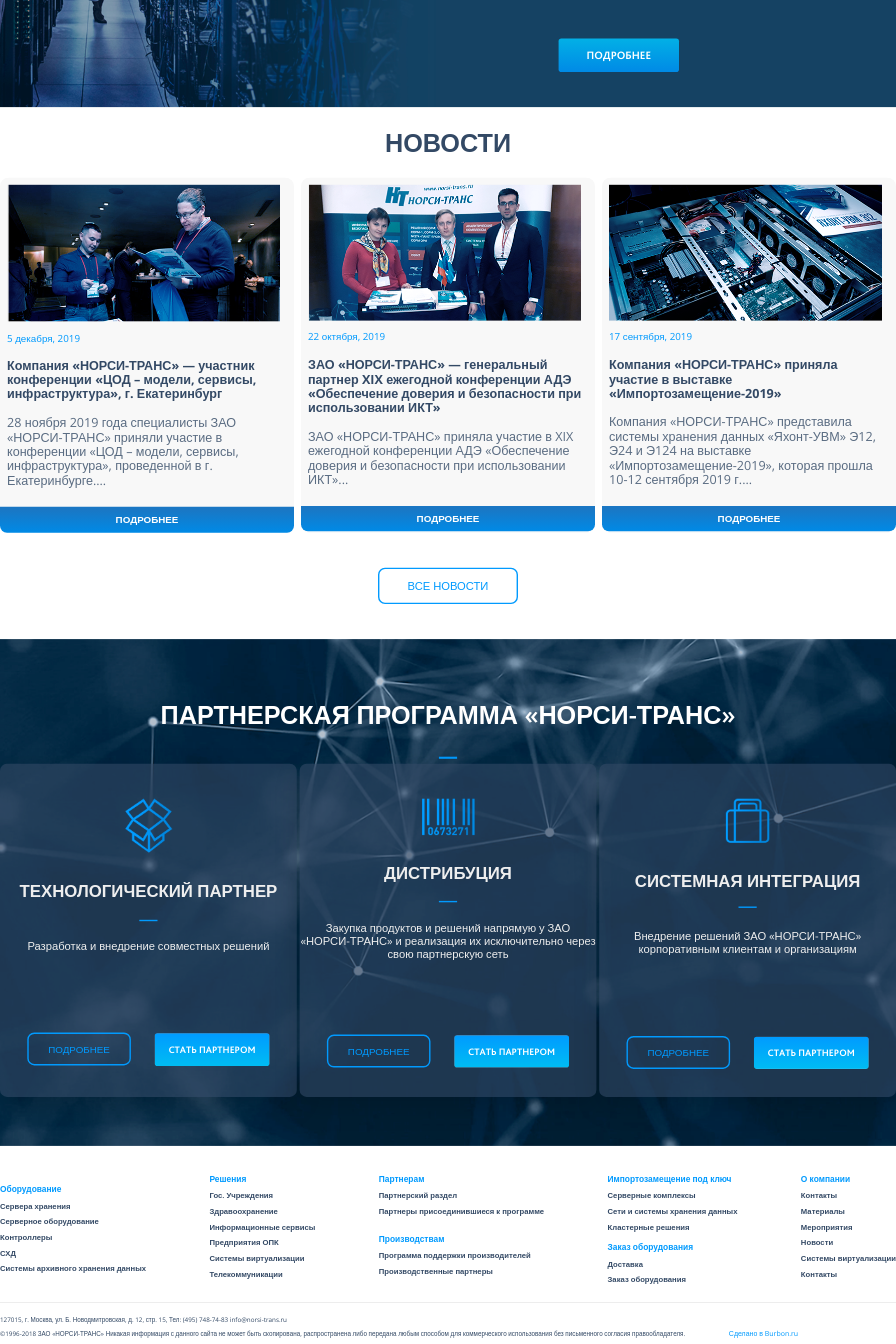
Repository: frostnn/testTaskBurbon
Page: app/index.html
The author's editor kept a copy of each file at every save. The page is drawn from the files as they stood at one save, then again after the next save.
The browser window is 1280 px wide. The pictures show the part of the page from y = 1430 to 3350 px (the page is 3350 px tall), at 70% of full size.
The style sheet was rebuilt from its Sass, Less or Tailwind sources for each picture, by a compiler version that may differ from the author's.

Above is the page before, as saved 2020-07-16 09:58:37.

### app/index.html
<!DOCTYPE html>
<html lang="en">
<head>
  <meta charset="UTF-8">
  <meta name="viewport" content="width=device-width, initial-scale=1.0">
  <meta http-equiv="X-UA-Compatible" content="ie=edge">
  <link rel="stylesheet" href="css/style.min.css">
  <title>Test task</title>
</head>
<body>
  <div class="bg-test">
    <header class="header">
        <div class="header-logo">
          <img src="./img/NT_logo_color.png" alt="Логотип" class="header-logo__img">
        </div>
        <nav class="header-nav">
          <ul class="header-nav__list">
            <li class="header-nav__list-item">
              <a href="#" class="header-nav__list-link">оборудование</a>
            </li>
            <li class="header-nav__list-item">
              <a href="#" class="header-nav__list-link">решения</a>
            </li>
            <li class="header-nav__list-item">
              <a href="#" class="header-nav__list-link">партнерам</a>
            </li>
            <li class="header-nav__list-item">
              <a href="#" class="header-nav__list-link">производствам</a>
            </li>
            <li class="header-nav__list-item">
              <a href="#" class="header-nav__list-link">импортозамещение под ключ</a>
            </li>
            <li class="header-nav__list-item">
              <a href="#" class="header-nav__list-link">заказ оборудования</a>
            </li>
            <li class="header-nav__list-item">
              <a href="#" class="header-nav__list-link">о компании</a>
            </li>
          </ul>
        </nav>
        <div class="header-search">
          <img src="./img/search.png" alt="Поиск" class="header-search__img">
        </div>
    </header>
    <section class="slider">
      <div class="slider-block">
        <div class="slider-block__content">
          <h1 class="slider-block__content-title">Яхонт-увм э24</h1>
          <p class="slider-block__content-text">
            программно-аппаратный комплекс высокопроизводительной загрузки <br>
            и накопления массивов CDR/IPDR данных, выполнения задач<br>
            по их обработке
          </p>
          <a href="#" class="slider-block__content-link btn">Подробнее</a>
        </div>
        <div class="slider-block__content">
          <h1 class="slider-block__content-title">Яхонт-увм э24</h1>
          <p class="slider-block__content-text">
            программно-аппаратный комплекс высокопроизводительной загрузки <br>
            и накопления массивов CDR/IPDR данных, выполнения задач<br>
            по их обработке
          </p>
        <!--  <img src="./img/VPS.png" alt="" class="slider-block__content-img"> -->
          <a href="#" class="slider-block__content-link btn">Подробнее</a>
        </div>
        <div class="slider-block__content">
          <h1 class="slider-block__content-title">Яхонт-увм э24</h1>
          <p class="slider-block__content-text">
            программно-аппаратный комплекс высокопроизводительной загрузки <br>
            и накопления массивов CDR/IPDR данных, выполнения задач<br>
            по их обработке
          </p>
          <a href="#" class="slider-block__content-link btn">Подробнее</a>
        </div>
      </div>
    </section>
  </div>
  <section class="industries">
    <h2 class="industries-title">Наши отрасли</h2>
    <div class="industries-block">
      <div class="industries-block__content">
        <img src="./img/healths.png" alt="healths" class="industries-block__content-img">
        <h3 class="industries-block__content-title">Здравоохранение</h3>
        <p class="industries-block__content-text">
          Системы хранения данных. Интеграция
          в действующую ИКТ-структуру. Программно-аппаратный комплекс «Яхонт-ЭМК»,
          предназначенный для хранения и ведения медицинских интегрированных архивов
        </p>
        <a href="" class="industries-block__content-link">Подробнее</a>
      </div>
      <div class="industries-block__content">
        <img src="./img/gov.png" alt="government" class="industries-block__content-img">
        <h3 class="industries-block__content-title">Здравоохранение</h3>
        <p class="industries-block__content-text">
          Системы хранения данных. Интеграция
          в действующую ИКТ-структуру. Программно-аппаратный комплекс «Яхонт-ЭМК»,
          предназначенный для хранения и ведения медицинских интегрированных архивов
        </p>
        <a href="" class="industries-block__content-link">Подробнее</a>
      </div>
      <div class="industries-block__content">
        <img src="./img/telecom.png" alt="telecom" class="industries-block__content-img">
        <h3 class="industries-block__content-title">Здравоохранение</h3>
        <p class="industries-block__content-text">
          Системы хранения данных. Интеграция
          в действующую ИКТ-структуру. Программно-аппаратный комплекс «Яхонт-ЭМК»,
          предназначенный для хранения и ведения медицинских интегрированных архивов
        </p>
        <a href="" class="industries-block__content-link">Подробнее</a>
      </div>
      <div class="industries-block__content">
        <img src="./img/opk.png" alt="opk" class="industries-block__content-img">
        <h3 class="industries-block__content-title">Здравоохранение</h3>
        <p class="industries-block__content-text">
          Системы хранения данных. Интеграция
          в действующую ИКТ-структуру. Программно-аппаратный комплекс «Яхонт-ЭМК»,
          предназначенный для хранения и ведения медицинских интегрированных архивов
        </p>
        <a href="#" class="industries-block__content-link">Подробнее</a>
      </div>
    </div>
  </section>
  <main class="production">
    <div class="production-wrapper">
      <div class="production-block">
        <h2 class="production-block__title">Производственный комплекс</h2>
        <p class="production-block__text">
          Компания «НОРСИ-ТРАНС» осуществляет свою деятельность в соответствии с Уставом <br>
          и имеет все необходимые лицензии для разработки, производства и реализации технических средств.<br>
          Система менеджмента качества применительно к полному комплексу<br>
          строительно-монтажных услуг на объектах связи и оказанию <br>
          телекоммуникационных услуг компании «НОРСИ-ТРАНС» соответствует <br>
          требованиям ГОСТ Р ИСО 9001-2015 (ИСО 9000:2015) и является максимально клиентоориентированной
        </p>
        <a href="#" class="production-block__link btn">подробнее</a>
      </div>
    </div>
  </main>
  <section class="news">
    <h2 class="news-title">Новости</h2>
      <div class="news-block">
        <div class="news-block__content">
          <img src="./img/news_1.png" alt="news_img" class="news-block__content-img">
          <span class="news-block__content-date">5 декабря, 2019</span>
          <h4 class="news-block__content-title">
            Компания «НОРСИ-ТРАНС» — участник конференции «ЦОД – модели,
            сервисы, инфраструктура», г. Екатеринбург
          </h4>
          <p class="news-block__content-text">
            28 ноября 2019 года специалисты ЗАО «НОРСИ-ТРАНС»
            приняли участие в конференции «ЦОД – модели, сервисы,
            инфраструктура», проведенной в г. Екатеринбурге.…
          </p>
          <a href="#" class="news-block__content-link">Подробнее</a>
        </div>
          <div class="news-block__content">
            <img src="./img/news_2.png" alt="news_img" class="news-block__content-img">
            <span class="news-block__content-date">22 октября, 2019</span>
            <h4 class="news-block__content-title">
              ЗАО «НОРСИ-ТРАНС» — генеральный партнер XIX
              ежегодной конференции АДЭ «Обеспечение доверия
              и безопасности при использовании ИКТ»
            </h4>
            <p class="news-block__content-text">
              ЗАО «НОРСИ-ТРАНС» приняла участие в XIX ежегодной конференции
              АДЭ «Обеспечение доверия и безопасности при использовании ИКТ»...
            </p>
            <a href="#" class="news-block__content-link">Подробнее</a>
          </div>
          <div class="news-block__content">
            <img src="./img/news_3.png" alt="news_img" class="news-block__content-img">
            <span class="news-block__content-date">17 сентября, 2019</span>
            <h4 class="news-block__content-title">
              Компания «НОРСИ-ТРАНС» приняла участие
              в выставке «Импортозамещение-2019»
            </h4>
            <p class="news-block__content-text">
              Компания «НОРСИ-ТРАНС» представила системы хранения данных
              «Яхонт-УВМ» Э12, Э24 и Э124 на выставке «Импортозамещение-2019»,
              которая прошла 10-12 сентября 2019 г.…
            </p>
            <a href="#" class="news-block__content-link">Подробнее</a>
          </div>
      </div>
      <div class="btn-wrapper">
        <button class="news-btn">Все новости</button>
      </div>
  </section>
  <section class="program">
    <div class="program-wrapper">
      <h2 class="program-title">Партнерская программа «НОРСИ-ТРАНС» </h2>
      <div class="program-block__wrapper">
        <div class="program-block">
          <img src="./img/box.png" alt="box" class="program-block__img">
          <h5 class="program-block__title">Технологический партнер</h5>
          <p class="program-block__text">Разработка и внедрение совместных решений </p>
          <div class="program-block__btn">
            <a href="#" class="program-block__btn-link">подробнее</a>
            <button class="program-block__btn-btn btn">стать партнером</button>
          </div>
        </div>
        <div class="program-block">
          <img src="./img/code.png" alt="box" class="program-block__img">
          <h5 class="program-block__title">Дистрибуция</h5>
          <p class="program-block__text">
            Закупка продуктов и решений напрямую у ЗАО «НОРСИ-ТРАНС»
            и реализация их исключительно через свою партнерскую сеть
          </p>
          <div class="program-block__btn">
            <a href="#" class="program-block__btn-link">подробнее</a>
            <button class="program-block__btn-btn btn">стать партнером</button>
          </div>
        </div>
        <div class="program-block">
          <img src="./img/case.png" alt="box" class="program-block__img">
          <h5 class="program-block__title">Системная интеграция</h5>
          <p class="program-block__text">
            Внедрение решений ЗАО «НОРСИ-ТРАНС»
            корпоративным клиентам и организациям
          </p>
          <div class="program-block__btn">
            <a href="#" class="program-block__btn-link">подробнее</a>
            <button class="program-block__btn-btn btn">стать партнером</button>
          </div>
        </div>
      </div>
    </div>
  </section>
  <footer class="footer">
    <div class="footer-nav">
      <div class="equipment-block">
        <ul class="equipment-block__list">
          <li class="equipment-block__list-title">Оборудование</li>
          <li class="equipment-block__list-item"> <a href="#" class="equipment-block__item-link"> Сервера хранения</a></li>
          <li class="equipment-block__list-item"> <a href="#" class="equipment-block__item-link">Серверное оборудование</a></li>
          <li class="equipment-block__list-item"> <a href="#" class="equipment-block__item-link"> Контроллеры</a></li>
          <li class="equipment-block__list-item"> <a href="#" class="equipment-block__item-link">СХД</a></li>
          <li class="equipment-block__list-item"> <a href="#" class="equipment-block__item-link">Системы архивного хранения данных</a></li>
        </ul>
      </div>
      <div class="decisions-block">
        <ul class="decisions-block__list">
          <li class="decisions-block__list-title">Решения</li>
          <li class="decisions-block__list-item"> <a href="#" class="decisions-block__item-link"> Гос. Учреждения</a></li>
          <li class="decisions-block__list-item"> <a href="#" class="decisions-block__item-link">Здравоохранение</a></li>
          <li class="decisions-block__list-item"> <a href="#" class="decisions-block__item-link">Информационные сервисы</a></li>
          <li class="decisions-block__list-item"> <a href="#" class="decisions-block__item-link">Предприятия ОПК</a></li>
          <li class="decisions-block__list-item"> <a href="#" class="decisions-block__item-link">Системы виртуализации</a></li>
          <li class="decisions-block__list-item"> <a href="#" class="decisions-block__item-link">Телекоммуникации</a></li>
        </ul>
      </div>
      <div class="partners-block">
        <ul class="partners-block__list">
          <li class="partners-block__list-title">Партнерам</li>
          <li class="partners-block__list-item"> <a href="#" class="partners-block__item-link">Партнерский раздел</a></li>
          <li class="partners-block__list-item"> <a href="#" class="partners-block__item-link">Партнеры присоединившиеся к программе</a></li>
        </ul>
        <ul class="productions-block__list">
          <li class="productions-block__list-title">Производствам</li>
          <li class="productions-block__list-item"> <a href="#" class="productions-block__item-link">Программа поддержки производителей</a></li>
          <li class="productions-block__list-item"> <a href="#" class="productions-block__item-link">Производственные партнеры</a></li>
        </ul>
      </div>
      <div class="import-block">
        <ul class="import-block__list">
          <li class="import-block__list-title">Импортозамещение под ключ</li>
          <li class="import-block__list-item"> <a href="#" class="import-block__item-link"> Серверные комплексы</a></li>
          <li class="import-block__list-item"> <a href="#" class="import-block__item-link">Сети и системы хранения данных</a></li>
          <li class="import-block__list-item"> <a href="#" class="import-block__item-link">Кластерные решения</a></li>
        </ul>
        <ul class="equipment-block__list">
          <li class="equipment-block__list-title">Заказ оборудования</li>
          <li class="equipment-block__list-item"> <a href="#" class="equipment-block__item-link">Доставка</a></li>
          <li class="equipment-block__list-item"> <a href="#" class="equipment-block__item-link">Заказ оборудования</a></li>
        </ul>
      </div>
      <div class="nav-block">
        <ul class="nav-block__list">
          <li class="nav-block__list-title" >О компании</li>
          <li class="nav-block__list-item" > <a href="#" class="nav-block__item-link">Контакты</a></li>
          <li class="nav-block__list-item" > <a href="#" class="nav-block__item-link">Материалы</a></li>
          <li class="nav-block__list-item" > <a href="#" class="nav-block__item-link">Мероприятия</a></li>
          <li class="nav-block__list-item" > <a href="#" class="nav-block__item-link">Новости</a></li>
          <li class="nav-block__list-item" > <a href="#" class="nav-block__item-link">Системы виртуализации</a></li>
          <li class="nav-block__list-item" > <a href="#" class="nav-block__item-link">Контакты</a></li>
        </ul>
      </div>
    </div>
    <div class="subfooter">
      <p class="subfooter-contacts">
        127015, г. Москва, ул. Б. Новодмитровская,
        д. 12, стр. 15, Тел: <a href="tel:(495) 748-74-83" class="subfooter-contacts__link">(495) 748-74-83</a> <a href="mailto:info@norsi-trans.ru" class="subfooter-contacts__link">info@norsi-trans.ru</a>
      </p>
      <p class="subfooter-info">
        ©1996-2018 ЗАО «НОРСИ-ТРАНС» Никакая информация с данного сайта не может быть скопирована,
        распространена либо передана любым способом для коммерческого использования без письменного согласия правообладателя.
        <a href="https://burbon.ru/" class="subfooter-link">Сделано в Burbon.ru</a>
      </p>

    </div>
  </footer>
  <script src="https://ajax.googleapis.com/ajax/libs/jquery/3.4.1/jquery.min.js"></script>
  <script src="js/libs.min.js"></script>
  <script src="js/main.js"></script>
</body>
</html>

### app/scss/_vars.scss
$white: #fff;
$blue: #019afe;

### app/scss/_fonts.scss
@import url('https://fonts.googleapis.com/css2?family=Open+Sans:wght@300;400;600;700;800&display=swap');
@font-face {
  font-family: 'Bliss Pro Bold';
  src: url('../fonts/BlissPro-Bold.eot');
  src: url('../fonts/BlissPro-Bold.eot?#iefix') format('embedded-opentype'),
  url('../fonts/BlissPro-Bold.woff') format('woff'),
  url('../fonts/BlissPro-Bold.ttf') format('truetype');
  font-weight: normal;
  font-style: normal;
  }

### app/scss/_global.scss
html {
  box-sizing: border-box;
}
body {
  font-family: 'Open Sans', sans-serif;
}
*,
*::before,
*::after {

  box-sizing: inherit;
}
a {
  display: inline;
  text-decoration: none;
  color: #fff;
}
ul,
li {
  list-style: none;
  margin: 0;
  padding: 0;
}

### app/scss/_media.scss
@media (max-width: 1452px) {
  .footer,
  .news,
  .industries,
  .production-wrapper,
  .program-wrapper,
  .header,
  .slider {
    max-width: 1350px;
  }
  .header-nav__list {
    .header-nav__list-item {
      margin-right: 30px;
    }
    .header-nav__list-link {
      font-size: 12px;
    }
  }
  .slider-block__content-title {
    font-size: 42px;
  }
  .slider-block__content-text {
    font-size: 18px;
  }
  .industries-block__content {
    max-width: 320px;
    .industries-block__content-title {
      font-size: 16px;
    }
    .industries-block__content-text {
      font-size: 14px;
    }
    .industries-block__content-img {
      max-width: 320px;
    }
  }
  .production {
    background-position: center;
  }
  .news-block__content {
    max-width: 430px;
    .news-block__content-img {
      max-width: 420px;
    }
    .news-block__content-title {
      font-size: 18px;

    }
    .news-block__content-date {
      font-size: 14px;

    }
    .news-block__content-text {
      font-size: 18px;
    }
  }
  .program-block {
    width: 424px;
  }
  .program-block .program-block__btn-btn {
    padding: 15px 20px;
  }
  .program-block .program-block__btn-link {
    padding: 12px 28px;
  }
  .footer-nav {
    .equipment-block__list-title,
    .decisions-block__list-title,
    .partners-block__list-title,
    .productions-block__list-title,
    .import-block__list-title,
    .equipment-block__list-title,
    .nav-block__list-title {
      font-size: 12px;
    }
    a {
      font-size: 11px;
    }
  }
  .subfooter {
    .subfooter-contacts {
      font-size: 9px;
    }
    .subfooter-info{
      font-size: 9px;
    }
    .subfooter-link {
      font-size: 10px;
      margin-left: 60px;
    }
  }
}
@media (max-width: 1360px) {
  .footer,
  .news,
  .industries,
  .production-wrapper,
  .program-wrapper,
  .header,
  .slider {
    max-width: 1280px;
  }
  .industries-block__content {
    max-width: 300px;
    .industries-block__content-img {
      max-width: 300px;
    }
  }
  .news-block__content {
    max-width: 420px;
    .news-block__content-img {
      max-width: 410px;
    }
  }
}

Loaded but not shown: app/js/libs.min.js (library); app/js/main.js (5 lines, source omitted); app/scss/style.scss (456 lines, source omitted); app/scss/_libs.scss (469 lines, source omitted)

After the next save:
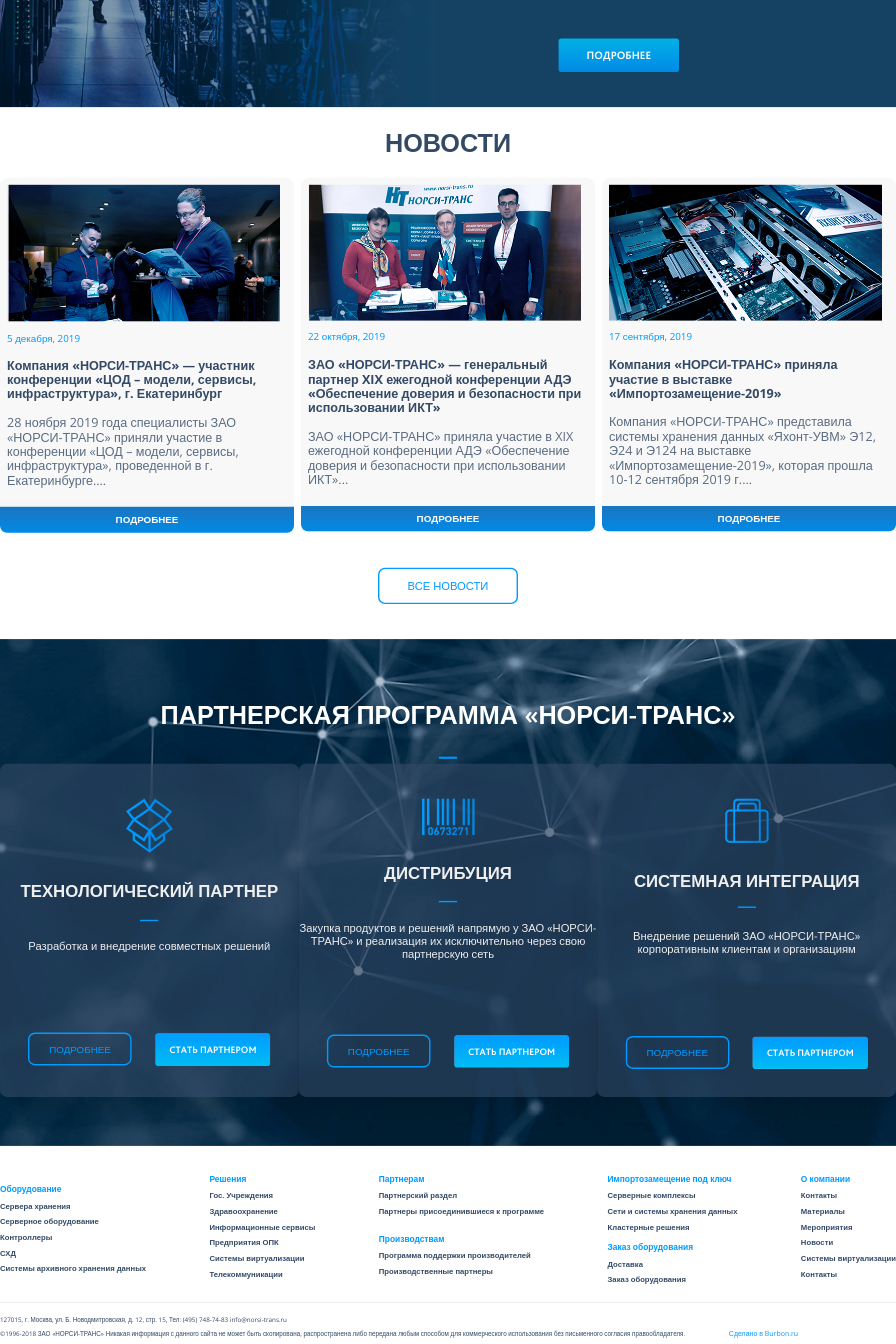
Saved 80 s later.
--- a/app/scss/_media.scss
+++ b/app/scss/_media.scss
@@ -112,4 +112,8 @@
       max-width: 410px;
     }
   }
+  .program-block {
+    width: 463px;
+  }
+
 }
